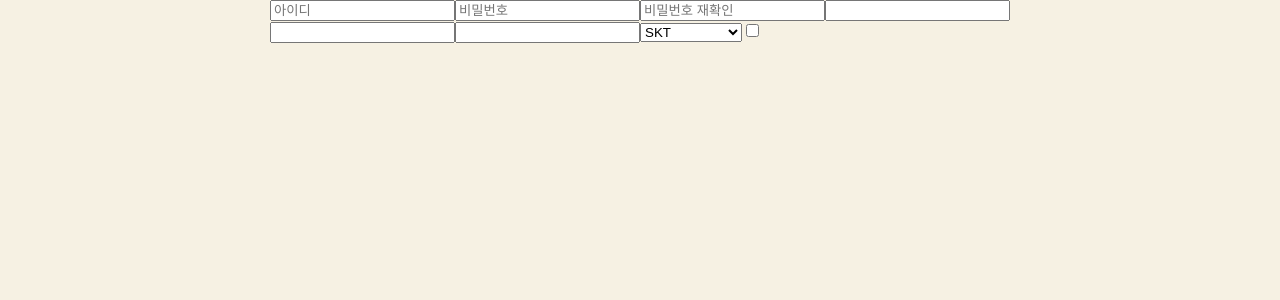
Repository: LeeYuNa0402/pokemon_vite
Page: /Createaccount
These files come from the project's save history. The page is drawn as it stood at one moment and after the next save; the edit follows.
The browser window is 1280 px wide. The pictures show the whole page.
The project was rebuilt for these pictures with package versions that can differ from the ones it lists, and the page was loaded fresh each time. Also part of the build but not shown: vite.config.ts, src/CombineMenu.tsx, src/Loading.tsx, src/PokemonList.tsx, src/App.tsx, src/css/pokemon_type.css, src/PokemonDetail.tsx, src/Login.tsx and 1 more.

Above is the page before, as saved 2023-10-17 12:47:58.

### src/main.tsx
// import React from "react";
// import ReactDOM from "react-dom/client";
// import App from "./App.tsx";
// import "./index.css";

// ReactDOM.createRoot(document.getElementById("root")!).render(
//   <>
//     <App />
//   </>
// );

import ReactDOM from "react-dom/client";
import "./index.css";
import App from "./App";
import PokemonDetail from "./PokemonDetail";
import Login from "./Login";
import LoginInfo from "./LoginInfo";

import { createBrowserRouter, RouterProvider } from "react-router-dom";
import CreateAccount from "./CreateAccount";

const router = createBrowserRouter([
  {
    path: "/",
    element: <App />,
  },
  {
    path: ":name",
    element: <PokemonDetail />,
  },
  {
    path: "Login",
    element: <Login />,
  },
  {
    path: "LoginInfo",
    element: <LoginInfo />,
  },
  {
    path: "CreateAccount",
    element: <CreateAccount />,
  },
]);

// const router = createBrowserRouter([
//   {
//     path: "/",
//     element: <Login />,
//   },
//   {
//     path: ":name",
//     element: <PokemonDetail />,
//   },
//   {
//     path: "App",
//     element: <App />,
//   },
//   {
//     path: "LoginInfo",
//     element: <LoginInfo />,
//   },
// ]);

const root = ReactDOM.createRoot(
  document.getElementById("root") as HTMLElement
);
root.render(<RouterProvider router={router} />);

### src/CreateAccount.tsx
const CreateAccount = () => {
  return (
    <div className="CreateAccount">
      <form>
        <input type="text" placeholder="아이디" />
        <input type="password" placeholder="비밀번호" />
        <input type="password" placeholder="비밀번호 재확인" />
        <input type="text" />
      </form>

      <form>
        <input type="text" />
        <input type="생년월일 8자리" />
        <select>
          <option>SKT</option>
          <option>KT</option>
          <option>LG U+</option>
          <option>SKT 알뜰폰</option>
          <option>KT 알뜰폰</option>
          <option>LG U+ 알뜰폰</option>
        </select>

        <input type="checkbox" />
      </form>
    </div>
  );
};

export default CreateAccount;

### src/css/reset.css
html,
body,
div,
span,
applet,
object,
iframe,
h1,
h2,
h3,
h4,
h5,
h6,
p,
blockquote,
pre,
a,
abbr,
acronym,
address,
big,
cite,
code,
del,
dfn,
em,
img,
ins,
kbd,
q,
s,
samp,
small,
strike,
strong,
sub,
sup,
tt,
var,
b,
u,
i,
center,
dl,
dt,
dd,
ol,
ul,
li,
fieldset,
form,
label,
legend,
table,
caption,
tbody,
tfoot,
thead,
tr,
th,
td,
article,
aside,
canvas,
details,
embed,
figure,
figcaption,
footer,
header,
hgroup,
menu,
nav,
output,
ruby,
section,
summary,
time,
mark,
audio,
video {
  color: #000;
  margin: 0;
  padding: 0;
  border: 0;
  font-size: 100%;
  font: inherit;
  vertical-align: baseline;
  /* color: #000; */
}
/* HTML5 display-role reset for older browsers */
article,
aside,
details,
figcaption,
figure,
footer,
header,
hgroup,
menu,
nav,
section {
  display: block;
}
body {
  line-height: 1;
}
ol,
ul {
  list-style: none;
}
blockquote,
q {
  quotes: none;
}
blockquote:before,
blockquote:after,
q:before,
q:after {
  content: "";
  content: none;
}
table {
  border-collapse: collapse;
  border-spacing: 0;
}

### src/css/style.css
#root {
  display: flex;
  justify-content: center;
  align-items: flex-start;
  /* height: 100vh; */
  /* background-color: rgba(26, 82, 142, 1);
    background-image: linear-gradient(to top, #304667, #041f4c);
    background: linear-gradient(to top, #304667, rgba(66, 16, 100, 0.6)),
      url(../image/cloude.png) no-repeat right 0; */
  background-color: #f6f1e3;
  /* padding: 8rem 0 8rem; */
  min-height: 100vh;
  width: 100%;
}

.pokemon-detail {
  text-align: center;
  width: 41%;
  background-color: #fcfcfc;
  border-radius: 20px;
  padding: 4rem 0;
  --tw-shadow: 0 4px 6px -1px rgb(0 0 0 / 0.1), 0 2px 4px -2px rgb(0 0 0 / 0.1);
  --tw-shadow-colored: 0 4px 6px -1px var(--tw-shadow-color),
    0 2px 4px -2px var(--tw-shadow-color);
  box-shadow: var(--tw-ring-offset-shadow, 0 0 #0000),
    var(--tw-ring-shadow, 0 0 #0000), var(--tw-shadow);
}

.pokemon-detail .name {
  font-size: 2rem;
  font-weight: bold;
  color: #746b4a;
}

.pokemon-detail .detail-img {
  width: 20%;
  border: 1px solid #8d7e49;
  margin: 1rem 0;
  --tw-shadow: 0 4px 6px -1px rgb(0 0 0 / 0.1), 0 2px 4px -2px rgb(0 0 0 / 0.1);
  --tw-shadow-colored: 0 4px 6px -1px var(--tw-shadow-color),
    0 2px 4px -2px var(--tw-shadow-color);
  box-shadow: var(--tw-ring-offset-shadow, 0 0 #0000),
    var(--tw-ring-shadow, 0 0 #0000), var(--tw-shadow);
  border-radius: 2%;
}

.pokemon-detail .characteristic {
  color: #282828;
}

.pokemon-detail .go-back-btn {
  position: absolute;
  top: 31%;
  left: 68.4%;
  transform: translate(-50%);
  background-color: #484848;
  /* width: 35px; */
  /* height: 35px; */
  border: none;
  border: 1px solid #484848;
  cursor: pointer;
  border-radius: 5px;
  transition: 0.3s;
  color: #fff;
  padding: 0.4rem 0.8rem;
}

.pokemon-detail .go-back-btn:hover {
  background-color: #fff;
  color: #000;
}

.pokemon-list {
  /* max-width: 1400px; */
  width: 100%;
  width: 1400px;
  margin-top: 11%;
}

.pokemon-list h1 {
  /* color: #ffc400;
    list-style: none;
    padding-left: 0px;
    text-align: center;
    margin-top: 0;
    font-size: 3rem;
    font-weight: bold; */
  /* padding-top: 5rem; */
}

.pokemon-list .order {
  font-size: 0.9rem;
  color: #b0a48b;
  position: absolute;
  top: 5%;
  left: 5%;
}

.pokemon-list .name {
  color: #746b4a;
}
.main-tit {
  text-align: center;
  color: #4c411a;
  font-size: 3rem;
  font-weight: bold;
}

.pokemon-cont {
  display: flex;
  justify-content: flex-start;
  align-items: center;
  flex-wrap: wrap;
  list-style: none;
  padding-left: 0px;
  margin-top: 3rem;
  padding-bottom: 9rem;
}

.pokemon-cont li {
  position: relative;
  background-color: #fcfcfc;
  width: 24%;
  padding: 2rem 1rem;
  margin-bottom: 1rem;
  margin-right: 1%;
  text-align: center;
  cursor: pointer;
  transition: 0.3s;
  color: #6e623c;
  font-weight: bold;
  font-size: 1.1rem;
  --tw-shadow: 0 4px 6px -1px rgb(0 0 0 / 0.1), 0 2px 4px -2px rgb(0 0 0 / 0.1);
  --tw-shadow-colored: 0 4px 6px -1px var(--tw-shadow-color),
    0 2px 4px -2px var(--tw-shadow-color);
  box-shadow: var(--tw-ring-offset-shadow, 0 0 #0000),
    var(--tw-ring-shadow, 0 0 #0000), var(--tw-shadow);
  border-radius: 18px;
  box-sizing: border-box;
}

.pokemon-cont li:hover {
  transform: scale(1.05);
}

.pokemon-cont li:nth-child(4n) {
  margin-right: 0;
}

.pokemon-detail {
  text-align: center;
  margin: 29vh 0;
}
.pokemon-name {
  font-size: 2rem;
  font-weight: bold;
  color: #ffc400;
}

.main-cha {
  border: 1px solid gray;
  padding: 3rem;
  margin: 1rem 0;
  transition: 0.2s;
  --tw-shadow: 0 4px 6px -1px rgb(0 0 0 / 0.1), 0 2px 4px -2px rgb(0 0 0 / 0.1);
  --tw-shadow-colored: 0 4px 6px -1px var(--tw-shadow-color),
    0 2px 4px -2px var(--tw-shadow-color);
  box-shadow: var(--tw-ring-offset-shadow, 0 0 #0000),
    var(--tw-ring-shadow, 0 0 #0000), var(--tw-shadow);
}

.main-cha:hover {
}

.s-cha {
  border: 1px solid #e8e8e8;
  padding: 1rem;
  margin-right: 1%;
  background-color: #fafafa;
  transition: 0.2s;
  margin-top: 3rem;
}
.s-cha:last-child {
  margin-right: 0;
  margin-top: 1%;
}
.s-cha:hover {
  --tw-shadow: 0 4px 6px -1px rgb(0 0 0 / 0.1), 0 2px 4px -2px rgb(0 0 0 / 0.1);
  --tw-shadow-colored: 0 4px 6px -1px var(--tw-shadow-color),
    0 2px 4px -2px var(--tw-shadow-color);
  box-shadow: var(--tw-ring-offset-shadow, 0 0 #0000),
    var(--tw-ring-shadow, 0 0 #0000), var(--tw-shadow);
}

.abilities {
  display: flex;
  justify-content: center;
  align-items: center;
}
.abilities > div {
  margin-right: 5px;
}

/* ***********************login 페이지************************* */
.Login {
  /* background-color: #f5f5f9;
    width: 100%;
    height: 100vh;
    padding-top: 23vh; */
  padding: 12rem 0;
}
.login-cont {
  background-color: #fcfcfc;
  width: 20%;
  margin: 0 auto;
  padding: 1rem;
  /* text-align: center; */
  padding: 3.5rem 3rem 5rem;
  --tw-shadow: 0 4px 6px -1px rgb(0 0 0 / 0.1), 0 2px 4px -2px rgb(0 0 0 / 0.1);
  --tw-shadow-colored: 0 4px 6px -1px var(--tw-shadow-color),
    0 2px 4px -2px var(--tw-shadow-color);
  box-shadow: var(--tw-ring-offset-shadow, 0 0 #0000),
    var(--tw-ring-shadow, 0 0 #0000), var(--tw-shadow);
  border-radius: 10px;
  color: #373737;
}

.forgot-pass {
  position: absolute;
  right: 0;
  top: 0;
  color: #696cff;
  font-size: 0.8rem;
}

.password-wrap {
  position: relative;
}
.fontawesome-eye {
  position: absolute;
  right: 2%;
  padding: 5px;
  /* border: 1px solid red; */
  top: 37%;
  cursor: pointer;
}
.Login .pokemon-logo {
  width: 43%;
  display: block;
  margin: 0 auto 2rem;
}

.Login h2 {
  font-size: 1.2rem;
  margin-bottom: 0.2rem;
}

.Login p {
  font-size: 1rem;
}
.Login form {
  margin: 2rem 0 1.3rem;
}
.Login form input {
  width: 100%;
  padding: 0.6rem 0.2rem;
  margin-top: 7px;
  border-radius: 7px;
  outline: 0;
  border: 1px solid #c7cdd4;
  border-radius: 0.375rem;
  box-sizing: border-box;
  background-color: rgb(216 216 216 / 30%);
  color: #656565;
}

.Login form input:focus {
  outline: none;
  border-color: #696cff !important;
}

.Login form label {
  display: block;
  text-align: left;
  font-weight: bold;
  color: #4f4d4d;
  cursor: pointer;
}

.Login .sign-in {
  display: block;
  margin: 0 auto;
  background: linear-gradient(to bottom, rgb(57 42 88) 0%, rgb(68 79 116) 100%);
  color: white;
  padding: 10px 30px;
  border: 1px solid rgba(0, 0, 0, 0.21);
  border-bottom: 4px solid rgb(39 49 83);
  border-radius: 4px;
  text-shadow: 0 1px 0 rgba(0, 0, 0, 0.15);
  transition: 0.3s;
  width: 100%;
  cursor: pointer;
}

.Login .sign-in:hover {
  transform: translateY(5px);
  background: linear-gradient(to bottom, rgb(48 34 76) 0%, rgb(60 72 112) 100%);
}

.Login .check-remember input {
  width: auto;
}

.Login label {
  font-size: 0.9rem;
}

.Login input {
  margin-bottom: 15px;
}
.Login input[type="password"] {
  /* margin-bottom: 8px; */
}

.Login input[type="checkbox"] {
  margin-right: 5px;
}

button[disabled] {
  background: linear-gradient(
    to bottom,
    rgb(196 200 203) 0%,
    rgb(154 154 154) 100%
  ) !important;
  cursor: default !important;
  border-bottom: 4px solid rgb(142 145 146) !important;
}
button[disabled]:hover {
  transform: translateY(0) !important;
}
.create-account-wrap {
  text-align: center;
  margin-top: 1rem;
}
.create-account {
  color: #696cff;
}

/* ***********************LoginInfo 페이지************************* */
.logininfo {
  text-align: center;
  background-color: #ededed;
  padding: 5rem;
  border-radius: 15px;

  width: 19%;
}

.logininfo .member {
  font-size: 1.8rem;
  font-weight: bold;
  margin-bottom: 6rem;
}

.logininfo button {
  margin: 0 auto;
  color: white;
  border: 1px solid rgba(0, 0, 0, 0.21);
  border-radius: 4px;
  text-shadow: 0 1px 0 rgba(0, 0, 0, 0.15);
  transition: 0.3s;
  width: 49%;
  cursor: pointer;
  height: 45px;
  line-height: 44px;

  background: linear-gradient(to bottom, rgb(57 42 88) 0%, rgb(68 79 116) 100%);
  border: 1px solid rgba(0, 0, 0, 0.21);
  border-bottom: 4px solid rgb(39 49 83);
}

.logininfo button:first-child {
  margin-right: 1%;
}

/* .combine-menu */
.combine-menu {
  width: 100%;
  position: fixed;
  top: 0;
  height: 60px;
}

.combine-menu .login {
}

.combine-menu .profile {
  color: #fff;
  position: absolute;
  right: 2%;
  top: 50%;
  transform: translateY(-50%);
  display: flex;
  justify-content: space-around;
  align-items: center;
  width: 10%;
}
.combine-menu .profile .profile-name {
  text-shadow: 0 0 4px #fff;
  animation: flicker 3s infinite alternate;
  display: flex;
  justify-content: center;
  align-items: center;
  color: #fff;
}

.combine-menu .profile .name img {
  vertical-align: sub;
  margin-right: 5px;
}

@keyframes flicker {
  /* 0%,
    18%,
    22%,
    25%,
    53%,
    57%,
    100% {
      text-shadow: 0 0 4px #fff, 0 0 11px #fff, 0 0 20px rgb(241, 255, 43);
    }
    20%,
    24%,
    55% {
      text-shadow: none;
    } */
  50% {
    /* opacity: 0; */
    text-shadow: none;
  }
}

.combine-menu {
  width: 100%;
  background-color: #282828;
  position: fixed;
  left: 0;
  top: 0;
  display: flex;
  justify-content: center;
  align-items: center;
  color: #fff;
  z-index: 2;
}

.combine-menu .login {
  cursor: pointer;
  color: #fff;
  transition: 0.2s;
}

.combine-menu .login:hover {
  color: #f6c50b;
}

.combine-menu .logo {
  width: 4%;
}

.appear {
  display: block;
}

.disappear {
  display: none;
}

/* loading */
.loading {
  font-size: 4rem;
  color: #000;
  font-weight: bold;
  text-align: center;
}

.pokemon-search {
  text-align: center;
  margin-top: 3rem;
}

.pokemon-search label {
  margin-left: 1rem;
  font-weight: bold;
  color: #5e5534;
}

.pokemon-search input {
  width: 220px;
}
.pokemon-search select {
  width: 80px;
}

.pokemon-search input::placeholder {
  padding-left: 8px;
}

.pokemon-search input,
.pokemon-search select {
  margin-left: 7px;
  border-radius: 5px;
  border: 1px solid #8d8d8d;
  height: 35px;
  background-color: #fffbf0;
  color: #000;
}
.pokemon-search input:focus,
.pokemon-search select:focus {
  outline: none;
}

Loaded but not shown: index.html (common file); src/index.css (common file)

After the next save:
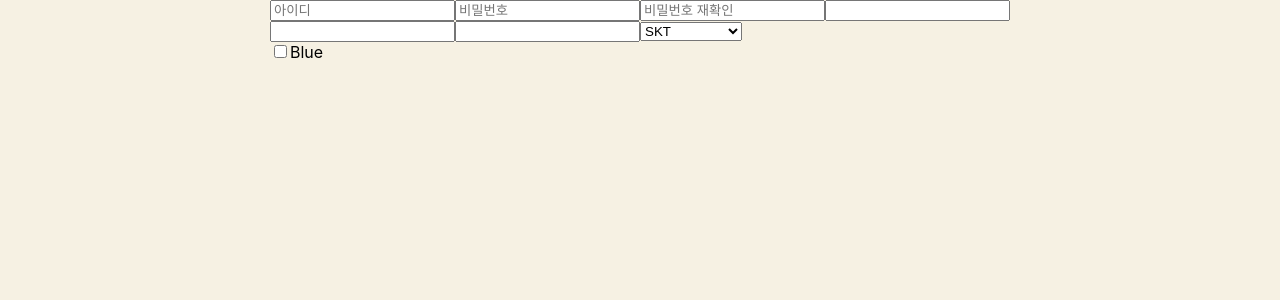
Saved 68 s later.
--- a/src/CreateAccount.tsx
+++ b/src/CreateAccount.tsx
@@ -19,8 +19,13 @@
           <option>KT 알뜰폰</option>
           <option>LG U+ 알뜰폰</option>
         </select>
+      </form>
 
-        <input type="checkbox" />
+      <form>
+        <label>
+          <input type="checkbox" />
+          Blue
+        </label>
       </form>
     </div>
   );
